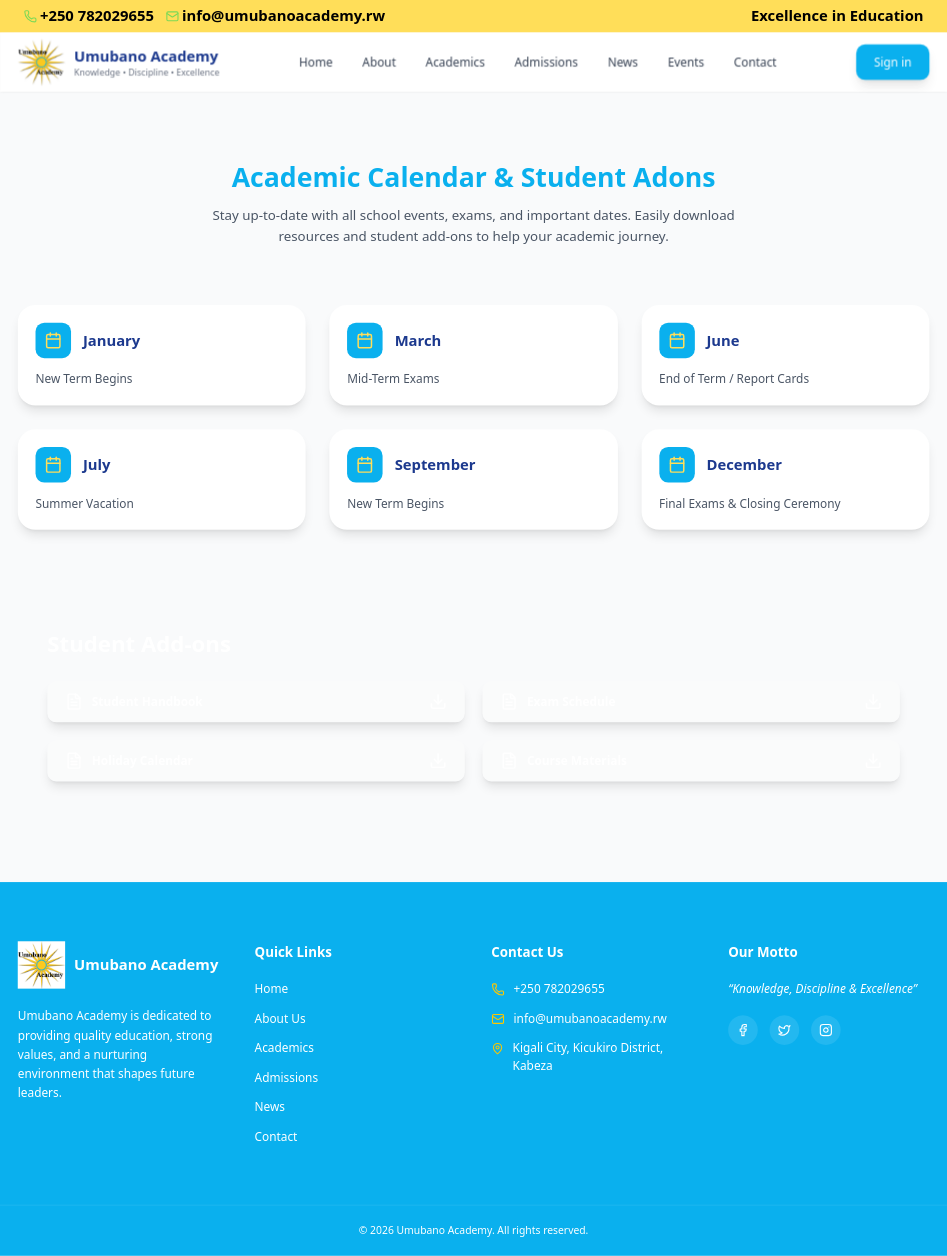
Repository: Umubano-Academy/umubano-academy-website
Page: /academic
An editor plug-in stored every save of this project. The page is shown before and after the next save, followed by the edit.
The browser window is 1280 px wide. The pictures show the whole page, at 74% of full size.
The project was rebuilt for these pictures with package versions that can differ from the ones it lists, and the page was loaded fresh each time. Also part of the build but not shown: vite.config.js, src/components/guest/Hero.jsx, src/components/guest/Event.jsx, src/components/guest/News.jsx, src/components/guest/Contact.jsx, src/components/guest/Home.jsx, src/components/guest/Admission.jsx, src/components/guest/About.jsx and 7 more.

Above is the page before, as saved 2026-01-13 19:46:01.

### index.html
<!doctype html>
<html lang="en">
  <head>
    <meta charset="UTF-8" />
    <!-- <link rel="icon" type="image/svg+xml" href="/vite.svg" /> -->
    <meta name="viewport" content="width=device-width, initial-scale=1.0" />
    <title>umubano-academy</title>
  </head>
  <body>
    <div id="root"></div>
    <script type="module" src="/src/main.jsx"></script>
  </body>
</html>

### src/App.jsx
import React from 'react'
import { BrowserRouter, Route, Routes } from 'react-router-dom'
import NavBar from './components/guest/NavBar'
import Hero from './components/guest/Hero'
import Event from './components/guest/Event'
import News from './components/guest/News'
import Layout from './components/guest/Layout'
import Home from './components/guest/Home'
import Admission from './components/guest/Admission'
import Academic from './components/guest/Academic'
import About from './components/guest/About'
import LayOut from './components/admin/LayOut'
import Dashboard from './components/admin/pages/Dashboard'
import Login from './components/guest/forms/Login'
import ResetPassword from './components/guest/forms/ResetPassword'


function App() {
  return (
    <BrowserRouter>

    <Routes>
      <Route path='/' element={<Layout />}>
      <Route index element={<Home />} />
      <Route path='/admissions' element={<Admission />} />
      <Route path='/academic' element={<Academic />} />
      <Route path='/aboutus' element={<About />} />
      <Route path='/login' element={<Login />} />
      <Route path="/password-reset" element={<ResetPassword />} />
      </Route>

      <Route path='/admin' element={<LayOut />}>
      <Route index element={<Dashboard />} />
      </Route>
    </Routes>
    </BrowserRouter>

  )
}

export default App

### src/components/guest/NavBar.jsx
import React, { useState } from "react";
import { Menu, X, Phone, Mail, GraduationCap } from "lucide-react";
import { motion, AnimatePresence } from "framer-motion";
import logo from "../../assets/UALOGO.png";
import { Link } from "react-router-dom";

function NavBar() {
  const [open, setOpen] = useState(false);

  const navLinks = [
    { name: "Home", type: "route", path: "/" },
    { name: "About", type: "route", path: "/aboutus" },
    { name: "Academics", type: "route", path: "/academic" },
    { name: "Admissions", type: "route", path: "/admissions" },
    { name: "News", type: "id", path: "news" },
    { name: "Events", type: "id", path: "events" },
    { name: "Contact", type: "id", path: "contact" },
  ];

  return (
    <>
      {/* Top Info Bar */}
      <div className="hidden md:flex justify-between items-center px-8 py-2 bg-[#FFDE59]  text-sm">
        <div className="flex items-center gap-4">
          <span className="flex items-center gap-1 text-xl text-black font-bold">
            <Phone size={18} className="text-[#7ED956] text-2xl" /> +250
            782029655
          </span>
          <span className="flex text-xl items-center gap-1  text-black font-bold">
            <Mail size={18} className="text-[#7ED956] text-2xl" />{" "}
            info@umubanoacademy.rw
          </span>
        </div>
        <span className=" text-xl  text-black font-bold">
          Excellence in Education
        </span>
      </div>

      {/* Main Navbar */}
      <header className="sticky top-0 z-50 bg-white/80 backdrop-blur-xl shadow-sm">
        <div className="max-w-7xl mx-auto px-6">
          <div className="flex items-center justify-between h-20">
            {/* Logo */}
            <Link to="/" className="flex items-center gap-3">
              <img
                src={logo}
                alt="Umubano Academy Logo"
                className="w-16 h-16 object-contain"
              />
              {/* <div className="w-12 h-12 bg-blue-900 text-white flex items-center justify-center rounded-xl">
                <GraduationCap size={28} />
              </div> */}
              <div>
                <h1 className="text-xl font-bold text-blue-900">
                  Umubano Academy
                </h1>
                <p className="text-xs text-gray-500">
                  Knowledge • Discipline • Excellence
                </p>
              </div>
            </Link>

            {/* Desktop Menu */}
            <nav className="hidden lg:flex items-center gap-10">
              {navLinks.map((link) =>
                link.type === "route" ? (
                  <Link
                    key={link.name}
                    to={link.path}
                    className="relative text-gray-700 font-medium hover:text-blue-900 transition group"
                  >
                    {link.name}
                    <span className="absolute left-0 -bottom-1 w-0 h-0.5 bg-blue-900 transition-all group-hover:w-full"></span>
                  </Link>
                ) : (
                  <a
                    key={link.name}
                    href={`#${link.path}`}
                    className="relative text-gray-700 font-medium hover:text-blue-900 transition group"
                  >
                    {link.name}
                    <span className="absolute left-0 -bottom-1 w-0 h-0.5 bg-blue-900 transition-all group-hover:w-full"></span>
                  </a>
                )
              )}
            </nav>

            {/* CTA */}
            <div className="hidden lg:flex">
              <a
                href="/login"
                className="bg-[#0AB0EE] text-white px-6 py-3 rounded-xl font-medium shadow-lg hover:shadow-xl transition"
              >
                Sign in
              </a>
            </div>

            {/* Mobile Menu Button */}
            <button
              onClick={() => setOpen(!open)}
              className="lg:hidden text-blue-900"
            >
              {open ? <X size={30} /> : <Menu size={30} />}
            </button>
          </div>
        </div>

        {/* Mobile Menu */}
        <AnimatePresence>
          {open && (
            <motion.div
              initial={{ opacity: 0, y: -20 }}
              animate={{ opacity: 1, y: 0 }}
              exit={{ opacity: 0, y: -20 }}
              transition={{ duration: 0.3 }}
              className="lg:hidden bg-white shadow-xl"
            >
              <div className="flex flex-col px-6 py-6 gap-6">
                {navLinks.map((link) =>
                  link.type === "route" ? (
                    <Link
                      key={link.name}
                      to={link.path}
                      className="text-lg font-medium text-gray-700 hover:text-blue-900"
                      onClick={() => setOpen(false)}
                    >
                      {link.name}
                    </Link>
                  ) : (
                    <a
                      key={link.name}
                      href={`#${link.path}`}
                      className="text-lg font-medium text-gray-700 hover:text-blue-900"
                      onClick={() => setOpen(false)}
                    >
                      {link.name}
                    </a>
                  )
                )}

                <Link
                  to="login"
                  className="mt-4 text-center bg-blue-900 text-white py-3 rounded-xl font-medium"
                >
                  Login
                </Link>
              </div>
            </motion.div>
          )}
        </AnimatePresence>
      </header>
    </>
  );
}

export default NavBar;

### src/components/guest/Layout.jsx
import React from 'react'
import NavBar from './NavBar'
import { Outlet } from 'react-router-dom'
import Footer from './Footer'


function Layout() {
  return (
    <div>
      <NavBar />

      <div>
        <Outlet />
      </div>
      <div>
        <Footer />
      </div>
    </div>
  )
}

export default Layout

### src/components/guest/Academic.jsx
import React from "react"
import { motion } from "framer-motion"
import { Calendar, FileText, Download } from "lucide-react"

function Academic() {
  const events = [
    { month: "January", event: "New Term Begins" },
    { month: "March", event: "Mid-Term Exams" },
    { month: "June", event: "End of Term / Report Cards" },
    { month: "July", event: "Summer Vacation" },
    { month: "September", event: "New Term Begins" },
    { month: "December", event: "Final Exams & Closing Ceremony" },
  ]

  const addons = [
    { title: "Student Handbook", file: "#" },
    { title: "Exam Schedule", file: "#" },
    { title: "Holiday Calendar", file: "#" },
    { title: "Course Materials", file: "#" },
  ]

  return (
    <section className="py-24 bg-gray-50">
      <div className="max-w-7xl mx-auto px-6">

        {/* Header */}
        <motion.div
          initial={{ opacity: 0, y: 30 }}
          whileInView={{ opacity: 1, y: 0 }}
          viewport={{ once: true }}
          transition={{ duration: 0.6 }}
          className="text-center max-w-3xl mx-auto mb-20"
        >
          <h2 className="text-4xl font-bold text-[#0AB0EE] mb-4">
            Academic Calendar & Student Adons
          </h2>
          <p className="text-gray-600 text-lg">
            Stay up-to-date with all school events, exams, and important dates.
            Easily download resources and student add-ons to help your academic journey.
          </p>
        </motion.div>

        {/* Calendar Timeline */}
        <motion.div
          initial="hidden"
          whileInView="visible"
          viewport={{ once: true }}
          variants={{
            visible: { transition: { staggerChildren: 0.15 } },
          }}
          className="grid grid-cols-1 md:grid-cols-2 lg:grid-cols-3 gap-8 mb-24"
        >
          {events.map((item, index) => (
            <motion.div
              key={index}
              variants={{
                hidden: { opacity: 0, y: 40 },
                visible: { opacity: 1, y: 0 },
              }}
              transition={{ duration: 0.6 }}
              className="bg-white rounded-3xl shadow-lg p-6 hover:shadow-2xl transition cursor-pointer"
            >
              <div className="flex items-center gap-4 mb-4">
                <div className="w-12 h-12 bg-[#0AB0EE] text-[#FFDE59] flex items-center justify-center rounded-xl">
                  <Calendar />
                </div>
                <h4 className="text-xl font-semibold text-blue-900">
                  {item.month}
                </h4>
              </div>
              <p className="text-gray-600">{item.event}</p>
            </motion.div>
          ))}
        </motion.div>

        {/* Student Add-ons */}
        <motion.div
          initial={{ opacity: 0, y: 30 }}
          whileInView={{ opacity: 1, y: 0 }}
          viewport={{ once: true }}
          transition={{ duration: 0.6 }}
          className="[#0AB0EE] rounded-3xl p-10 text-white"
        >
          <h3 className="text-3xl font-bold mb-8">Student Add-ons</h3>
          <div className="grid grid-cols-1 md:grid-cols-2 gap-6">
            {addons.map((item, index) => (
              <a
                key={index}
                href={item.file}
                className="flex items-center justify-between bg-white/10 hover:bg-yellow-400 hover:text-blue-900 transition px-6 py-4 rounded-xl shadow-lg"
              >
                <div className="flex items-center gap-3">
                  <FileText />
                  <span className="font-semibold">{item.title}</span>
                </div>
                <Download />
              </a>
            ))}
          </div>
        </motion.div>

      </div>
    </section>
  )
}

export default Academic

### src/components/guest/Footer.jsx
import React from "react"
import {
  Phone,
  Mail,
  MapPin,
  Facebook,
  Twitter,
  Instagram,
  GraduationCap,
} from "lucide-react"
import logo from "../../assets/UALOGO.png"

function Footer() {
  return (
    <footer className="bg-[#0AB0EE] text-white">
      <div className="max-w-7xl mx-auto px-6 py-20">

        {/* Top Section */}
        <div className="grid grid-cols-1 md:grid-cols-2 lg:grid-cols-4 gap-12">

          {/* School Info */}
          <div>
            <div className="flex items-center gap-3 mb-6">
              <img src={logo} alt="Umubano Academy Logo" className="w-16 h-16 object-contain" />
              <h3 className="text-xl font-bold text-white">
                Umubano Academy
              </h3>
            </div>
            <p className="text-white leading-relaxed">
              Umubano Academy is dedicated to providing quality education,
              strong values, and a nurturing environment that shapes future
              leaders.
            </p>
          </div>

          {/* Quick Links */}
          <div>
            <h4 className="text-lg font-semibold text-white mb-6">
              Quick Links
            </h4>
            <ul className="space-y-4">
              {[
                "Home",
                "About Us",
                "Academics",
                "Admissions",
                "News",
                "Contact",
              ].map((link) => (
                <li key={link}>
                  <a
                    href={`/${link.toLowerCase().replace(" ", "")}`}
                    className="hover:text-yellow-400 transition"
                  >
                    {link}
                  </a>
                </li>
              ))}
            </ul>
          </div>

          {/* Contact Info */}
          <div>
            <h4 className="text-lg font-semibold text-white mb-6">
              Contact Us
            </h4>
            <ul className="space-y-4">
              <li className="flex items-start gap-3">
                <Phone size={18} className="text-yellow-400 mt-1" />
                <span>+250 782029655</span>
              </li>
              <li className="flex items-start gap-3">
                <Mail size={18} className="text-yellow-400 mt-1" />
                <span>info@umubanoacademy.rw</span>
              </li>
              <li className="flex items-start gap-3">
                <MapPin size={18} className="text-yellow-400 mt-1" />
                <span>
                  Kigali City, Kicukiro District, Kabeza
                </span>
              </li>
            </ul>
          </div>

          {/* Motto & Social */}
          <div>
            <h4 className="text-lg font-semibold text-white mb-6">
              Our Motto
            </h4>
            <p className="italic mb-6">
              “Knowledge, Discipline & Excellence”
            </p>

            <div className="flex gap-4">
              <a
                href="#"
                className="w-10 h-10 bg-white/10 flex items-center justify-center rounded-full hover:bg-yellow-400 hover:text-blue-900 transition"
              >
                <Facebook size={18} />
              </a>
              <a
                href="#"
                className="w-10 h-10 bg-white/10 flex items-center justify-center rounded-full hover:bg-yellow-400 hover:text-blue-900 transition"
              >
                <Twitter size={18} />
              </a>
              <a
                href="#"
                className="w-10 h-10 bg-white/10 flex items-center justify-center rounded-full hover:bg-yellow-400 hover:text-blue-900 transition"
              >
                <Instagram size={18} />
              </a>
            </div>
          </div>

        </div>
      </div>

      {/* Bottom Bar */}
      <div className="border-t border-white/10 py-6 text-center text-sm text-white">
        © {new Date().getFullYear()} Umubano Academy. All rights reserved.
      </div>
    </footer>
  )
}

export default Footer

Loaded but not shown: src/main.jsx (common file); src/index.css (common file)

After the next save:
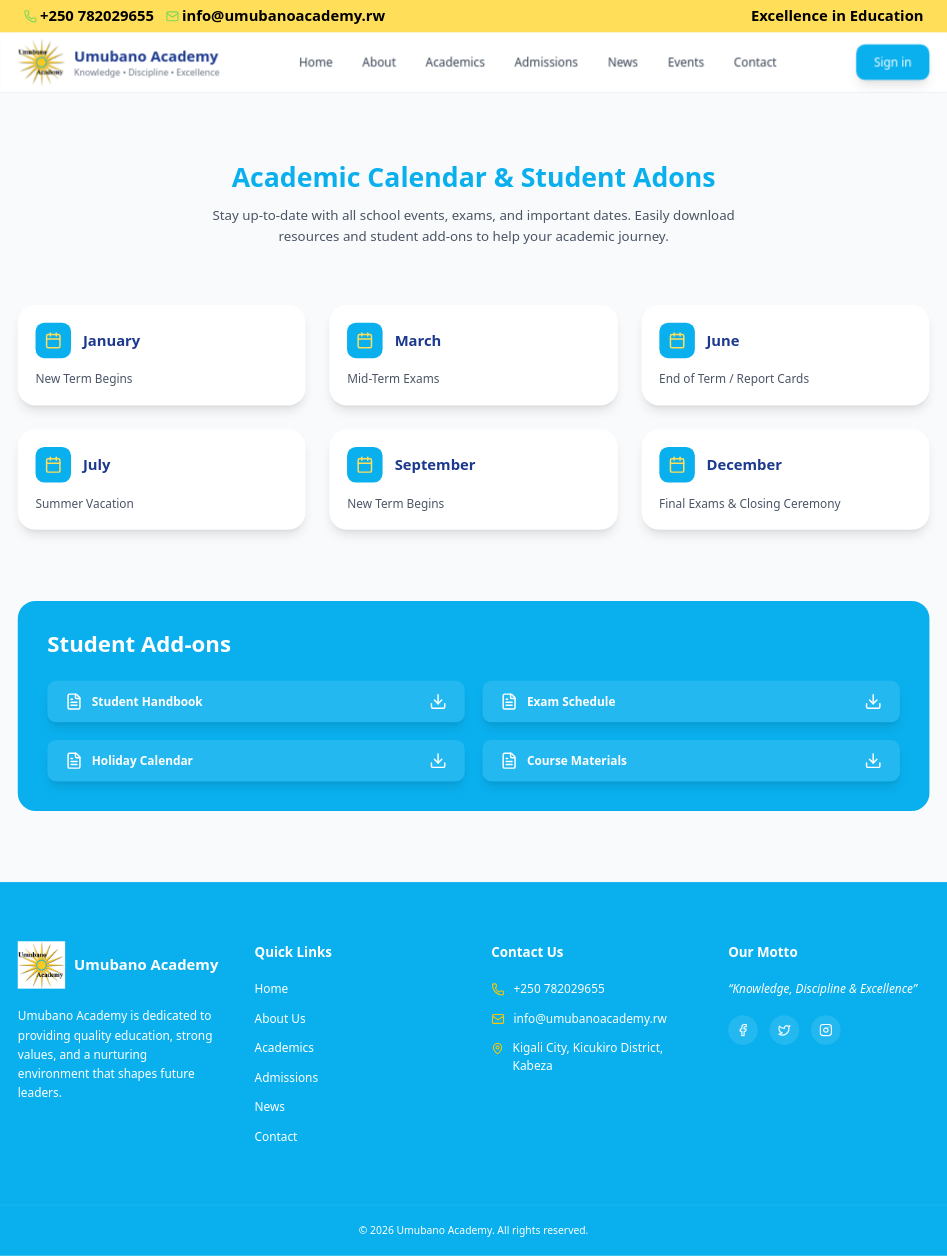
Saved 23 s later.
--- a/src/components/guest/Academic.jsx
+++ b/src/components/guest/Academic.jsx
@@ -79,7 +79,7 @@ function Academic() {
           whileInView={{ opacity: 1, y: 0 }}
           viewport={{ once: true }}
           transition={{ duration: 0.6 }}
-          className="[#0AB0EE] rounded-3xl p-10 text-white"
+          className="bg-[#0AB0EE] rounded-3xl p-10 text-white"
         >
           <h3 className="text-3xl font-bold mb-8">Student Add-ons</h3>
           <div className="grid grid-cols-1 md:grid-cols-2 gap-6">
